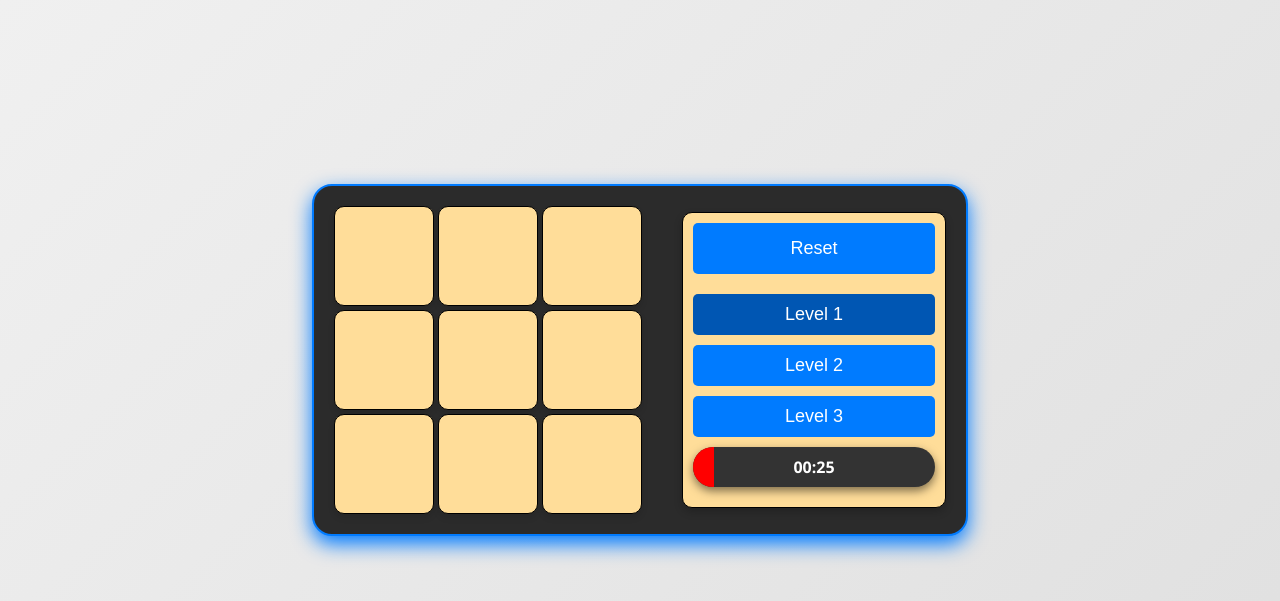
Repository: radisyah/THE_BRAIN_STORM
Page: Impossible Memory.html
The author's editor kept a copy of each file at every save. The page is drawn from the files as they stood at one save, then again after the next save.
The browser window is 1280 px wide. The pictures show the whole page.

Above is the page before, as saved 2024-10-22 22:57:42.

### Impossible Memory.html
<!DOCTYPE html>
<html lang="en">
<head>
    <meta charset="UTF-8">
    <meta name="viewport" content="width=device-width, initial-scale=1.0">
    <title>Impossible Memories</title>
    <style>
        body {
            font-family: 'Segoe UI', Tahoma, Geneva, Verdana, sans-serif;
            display: flex;
            justify-content: center;
            align-items: center;
            height: 100vh;
            margin: 0;
            background: linear-gradient(135deg, #f0f0f0, #e0e0e0);
        }


        .container {
            display: flex;
            justify-content: center;
            align-items: center;
            gap: 40px;
            background-color: #2b2b2b; /* Dark background for contrast */
            border-radius: 20px;
            box-shadow: 0 8px 20px  #007bff;
            padding: 20px; /* Padding for container */
            transition: transform 0.3s ease-in-out;
            border: 2px solid #007bff;
        }

        .container:hover {
            transform: scale(1.02); /* Slight scale effect when hovering over the container */
        }

        /* Timer container styles */
        .timer-container {
            position: relative;
            width: 100%;
            height: 40px;
            background-color: #333;
            border-radius: 20px;
            overflow: hidden;
            box-shadow: 0px 4px 10px rgba(0, 0, 0, 0.5);
            margin-bottom: 10px;
        }

        /* Timer text styles */
        #timer {
            position: absolute;
            top: 50%;
            left: 50%;
            transform: translate(-50%, -50%);
            color: white;
            font-size: 16px;
            font-weight: bold;
            z-index: 2;
        }

        /* Progress bar styles */
        .timer-bar {
            position: absolute;
            top: 0;
            left: 0;
            height: 100%;
            background: linear-gradient(90deg, #00ff00, #ffff00, #ff0000);
            width: 100%;
            transition: width 1s linear;
            z-index: 1;
        }


        .grid-container {
            display: grid;
            gap: 4px;
            grid-template-columns: repeat(7, 70px); /* Ukuran grid */
            grid-template-rows: repeat(7, 70px); /* Ukuran grid */
            position: relative;

        }

        .grid-item {
            display: flex;
            justify-content: center;
            align-items: center;
            font-size: 20px;
            border-radius: 10px;
            box-shadow: 0 4px 6px rgba(0, 0, 0, 0.1);
            transition: transform 0.3s, background-color 0.3s;
            cursor: pointer;
            position: relative;
        }


        .grid-item input {
            width: 100%;
            height: 100%;
            font-size: 20px;
            text-align: center;
            background-color: #ffdd99;
            border: 1px solid #000;
            border-radius: 10px;
            outline: none;
            box-sizing: border-box;
        }

        .grid-item input:hover {
            transform: translateY(-5px);
            background-color: #fbc05d;
        }

        .grid-item input.correct {
            background-color: #28a745;
            color: white;
            pointer-events: none;
            transition: background-color 0.5s ease, color 0.5s ease; /* Animasi transisi */
        }

        .grid-item input.wrong {
            background-color: #dc3545;
            color: white;
            pointer-events: none;
            transition: background-color 0.5s ease, color 0.5s ease; /* Animasi transisi */
        }

        .button-container {
            display: flex;
            flex-direction: column; /* Susun tombol secara vertikal */
            gap: 10px; /* Jarak antar tombol */
            padding: 10px; /* Padding di dalam tombol */
            background-color: #ffdd99; /* Warna latar untuk layout tombol */
            border-radius: 10px; /* Sudut membulat */
            box-shadow: 0 4px 8px rgba(0, 0, 0, 0.2); /* Bayangan untuk efek */
            border: 1px solid #000;
        }

        .grid-size-buttons button {
            padding: 10px; /* Padding tombol */
            margin-top: 10px; /* Jarak atas untuk menambah jarak antara tombol */
        }


        #resetButton, .question-button {
            padding: 15px 20px; /* Padding untuk tombol */
            font-size: 18px; /* Ukuran font */
            cursor: pointer;

            background-color: #007bff;
            color: white;
            border: none;
            border-radius: 5px;
            transition: background-color 0.3s;
            width: 100%; /* Membuat tombol mengambil lebar penuh */
        }

        #resetButton:hover, .question-button:hover {
            background-color: #0056b3; /* Warna hover */
        }

        .active-level {
            background-color: #0056b3; /* Green for active level */
        }


    </style>
</head>
<body>

    <div class="container">
        <div class="grid-container" id="grid-container">
            <!-- Dynamic grid will be generated here -->
        </div>

        <div class="button-container">
            <button id="resetButton" onclick="resetAnswers()">Reset</button>
            <div class="grid-size-buttons">
                <button class="question-button" id="level1" disabled>Level 1</button>
                <button class="question-button" id="level2" disabled>Level 2</button>
                <button class="question-button" id="level3" disabled>Level 3</button>
            </div>
            <div class="timer-container">
                <div id="timer">05:00</div>
                <div class="timer-bar"></div>
            </div>
        </div>
    </div>


    <script>
        const gridSizes = {
            3: [
                { correct: 0 }, { correct: 0 }, { correct: 0 },
                { correct: 0 }, { correct: 0 }, { correct: 0 },
                { correct: 0 }, { correct: 0 }, { correct: 0 }
            ],
            5: [
                { correct: 0 }, { correct: 0 }, { correct: 0 }, { correct: 0 }, { correct: 0 },
                { correct: 0 }, { correct: 0 }, { correct: 0 }, { correct: 0 }, { correct: 0 },
                { correct: 0 }, { correct: 0 }, { correct: 0 }, { correct: 0 }, { correct: 0 },
                { correct: 0 }, { correct: 0 }, { correct: 0 }, { correct: 0 }, { correct: 0 },
                { correct: 0 }, { correct: 0 }, { correct: 0 }, { correct: 0 }, { correct: 0 }
            ],
            7:  [
                { correct: 0 }, { correct: 0 }, { correct: 0 }, { correct: 0 }, { correct: 0 },  { correct: 0 },  { correct: 0 },
                { correct: 0 }, { correct: 0 }, { correct: 0 }, { correct: 0 }, { correct: 0 }, { correct: 0 },  { correct: 0 },
                { correct: 0 }, { correct: 0 }, { correct: 0 }, { correct: 0 }, { correct: 0 }, { correct: 0 },  { correct: 0 },
                { correct: 0 }, { correct: 0 }, { correct: 0 }, { correct: 0 }, { correct: 0 }, { correct: 0 },  { correct: 0 },
                { correct: 0 }, { correct: 0 }, { correct: 0 }, { correct: 0 }, { correct: 0 }, { correct: 0 },  { correct: 0 },
                { correct: 0 }, { correct: 0 }, { correct: 0 }, { correct: 0 }, { correct: 0 }, { correct: 0 },  { correct: 0 },
                { correct: 0 }, { correct: 0 }, { correct: 0 }, { correct: 0 }, { correct: 0 }, { correct: 0 },  { correct: 0 },
            ]
        };

        let currentLevel = 1; // Start from level 1
        let timeRemaining = 30; // Default to 30 seconds for Level 1
        let timerInterval;
        let isTimerRunning = false;

        // Initialize the game with Level 1 active
        document.getElementById('level1').disabled = false;
        document.getElementById('level1').classList.add('active-level');

        function startTimer() {
            if (isTimerRunning) return;
            isTimerRunning = true;

            timerInterval = setInterval(() => {
                const timerDisplay = document.getElementById('timer');
                const timerBar = document.querySelector('.timer-bar');

                timeRemaining--;

                // Calculate minutes and seconds
                const minutes = Math.floor(timeRemaining / 60);
                const seconds = timeRemaining % 60;
                timerDisplay.textContent = `${minutes < 10 ? '0' + minutes : minutes}:${seconds < 10 ? '0' + seconds : seconds}`;

                // Update timer bar width
                const percentage = (timeRemaining / 300) * 100;
                timerBar.style.width = `${percentage}%`;

                // Change bar color based on remaining time
                if (percentage <= 33) {
                    timerBar.style.background = "#ff0000"; // Red for last third
                } else if (percentage <= 66) {
                    timerBar.style.background = "#ffff00"; // Yellow for middle third
                } else {
                    timerBar.style.background = "#00ff00"; // Green for initial third
                }

                if (timeRemaining <= 0) {
                    clearInterval(timerInterval);
                    isTimerRunning = false;
                    timerDisplay.textContent = "Time is Over!!";
                    lockInputs();
                }
            }, 1000);
        }

        function lockInputs() {
            document.querySelectorAll('.answer').forEach(input => {
                input.disabled = true; // Disable all answer inputs
            });
            document.getElementById('resetButton').disabled = true;
        }

        function createGrid(size) {
            const gridContainer = document.getElementById('grid-container');
            gridContainer.style.gridTemplateColumns = `repeat(${size}, 100px)`;
            gridContainer.style.gridTemplateRows = `repeat(${size}, 100px)`;
            gridContainer.innerHTML = ''; // Clear previous content

            const gridData = gridSizes[size];

            gridData.forEach(data => {
                const gridItem = document.createElement('div');
                gridItem.classList.add('grid-item');
                const input = document.createElement('input');
                input.classList.add('answer');
                input.setAttribute('type', 'text');
                input.setAttribute('data-correct', data.correct);
                input.addEventListener('input', () => checkInput(input)); // Add event listener for each input
                gridItem.appendChild(input);
                gridContainer.appendChild(gridItem);
            });

            if (!isTimerRunning) startTimer();
        }

        function checkInput(input) {
            const correctAnswer = parseInt(input.dataset.correct);  // Get correct answer from data-correct
            const userAnswer = parseInt(input.value);  // Get user answer as a number

            if (input.value.trim() === '') {
                input.classList.remove('correct', 'wrong'); // Reset styles if empty
            } else if (userAnswer === correctAnswer) {
                input.classList.add('correct');
                input.classList.remove('wrong');
                input.disabled = true; // Disable input if correct
            } else {
                input.classList.add('wrong');
                input.classList.remove('correct');
            }

            // Optionally, you can check if all inputs are correct to trigger next level
            checkAllAnswers();
        }

        function checkAllAnswers() {
            const inputs = document.querySelectorAll('.answer');
            let allCorrect = true;
            let allFilled = true;

            inputs.forEach(input => {
                const correctAnswer = parseInt(input.dataset.correct);
                const userAnswer = parseInt(input.value);

                if (input.value.trim() === '') {
                    allFilled = false;
                } else if (userAnswer !== correctAnswer) {
                    allCorrect = false;
                }
            });

            if (allCorrect && allFilled) {
                setTimeout(() => nextLevel(), 1000); // Move to next level after 1 second delay
            }
        }

        function nextLevel() {
            if (currentLevel === 1) {
                currentLevel = 2;
                document.getElementById('level2').disabled = false;
                document.getElementById('level1').disabled = true;
                document.getElementById('level1').classList.remove('active-level');
                document.getElementById('level2').classList.add('active-level');
                changeGridSize(5);
            } else if (currentLevel === 2) {
                currentLevel = 3;
                document.getElementById('level3').disabled = false;
                document.getElementById('level2').disabled = true;
                document.getElementById('level2').classList.remove('active-level');
                document.getElementById('level3').classList.add('active-level');
                changeGridSize(7);
            }
        }

        function changeGridSize(size) {
            createGrid(size);
        }

        function resetAnswers() {
            clearInterval(timerInterval);
            timeRemaining = 300;
            document.getElementById('timer').textContent = "05:00";
            startTimer();

            createGrid(currentLevel === 1 ? 3 : currentLevel === 2 ? 5 : 7);
        }
           // Initialize Level 1 grid
           createGrid(3);
    </script>


</body>
</html>

After the next save:
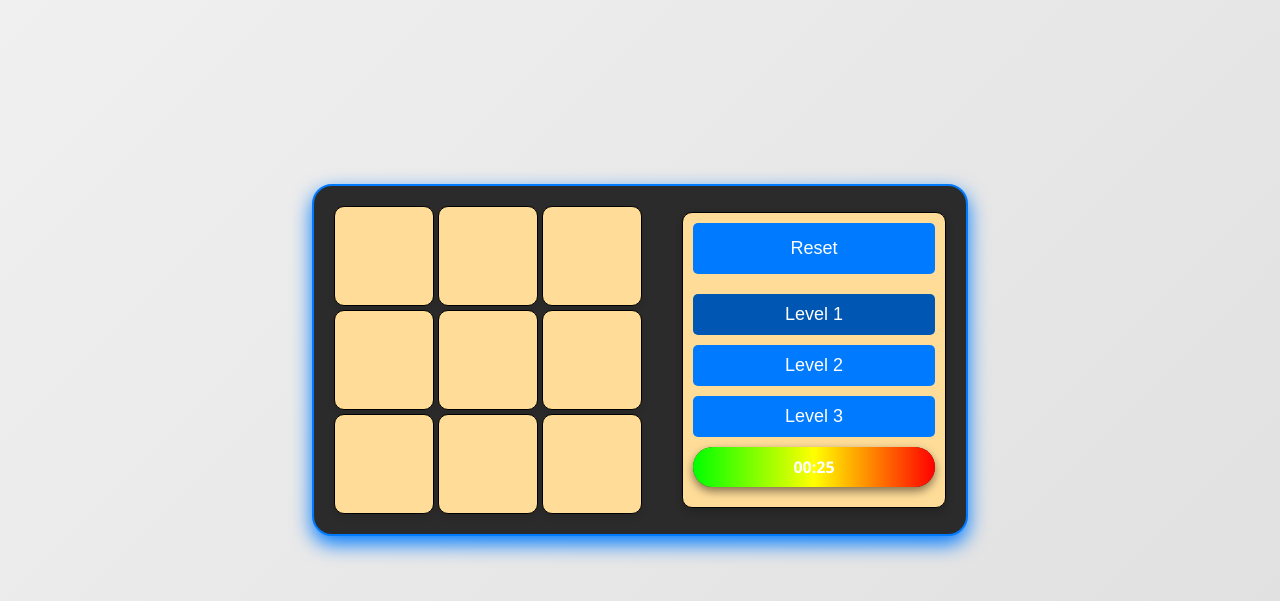
Console error: ReferenceError: getInitialTimeForLevel is not defined
Saved 30 s later.
--- a/Impossible Memory.html
+++ b/Impossible Memory.html
@@ -236,7 +236,7 @@
                 timerDisplay.textContent = `${minutes < 10 ? '0' + minutes : minutes}:${seconds < 10 ? '0' + seconds : seconds}`;
 
                 // Update timer bar width
-                const percentage = (timeRemaining / 300) * 100;
+                const percentage = (timeRemaining / getInitialTimeForLevel()) * 100;
                 timerBar.style.width = `${percentage}%`;
 
                 // Change bar color based on remaining time

After the save that followed:
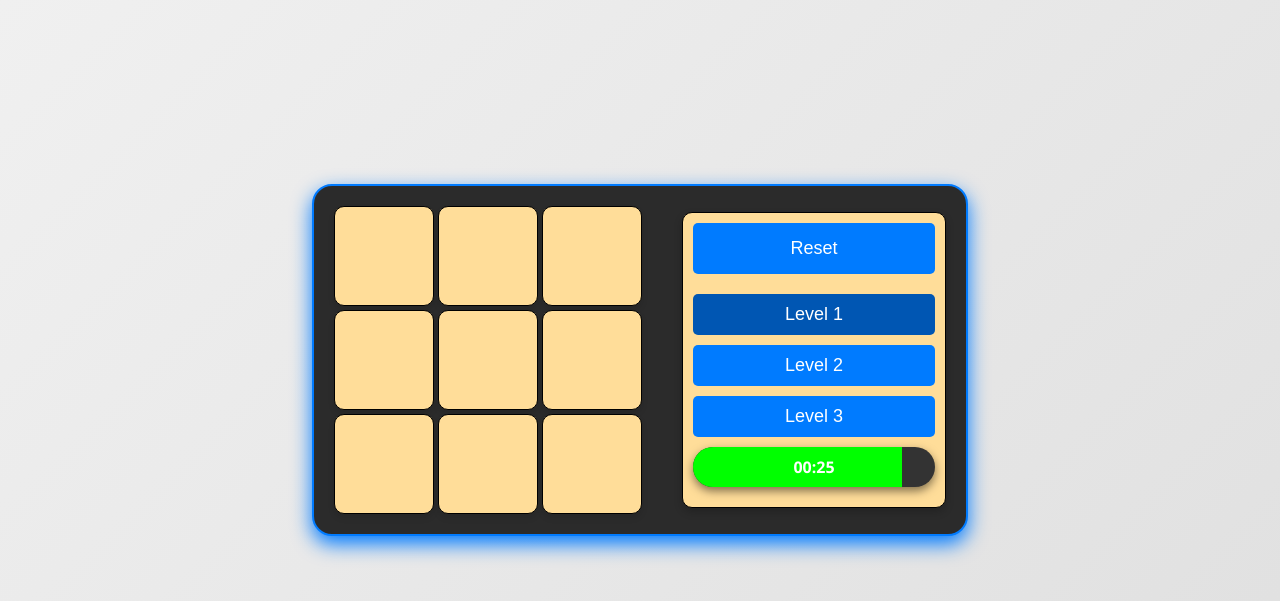
The error is gone.
Saved 23 s later.
--- a/Impossible Memory.html
+++ b/Impossible Memory.html
@@ -257,6 +257,19 @@
             }, 1000);
         }
 
+        function getInitialTimeForLevel() {
+            switch (currentLevel) {
+                case 1:
+                    return 30; // 30 seconds for Level 1
+                case 2:
+                    return 60; // 1 minute for Level 2
+                case 3:
+                    return 90; // 1 minute 30 seconds for Level 3
+                default:
+                    return 30; // Default fallback
+            }
+        }
+
         function lockInputs() {
             document.querySelectorAll('.answer').forEach(input => {
                 input.disabled = true; // Disable all answer inputs
